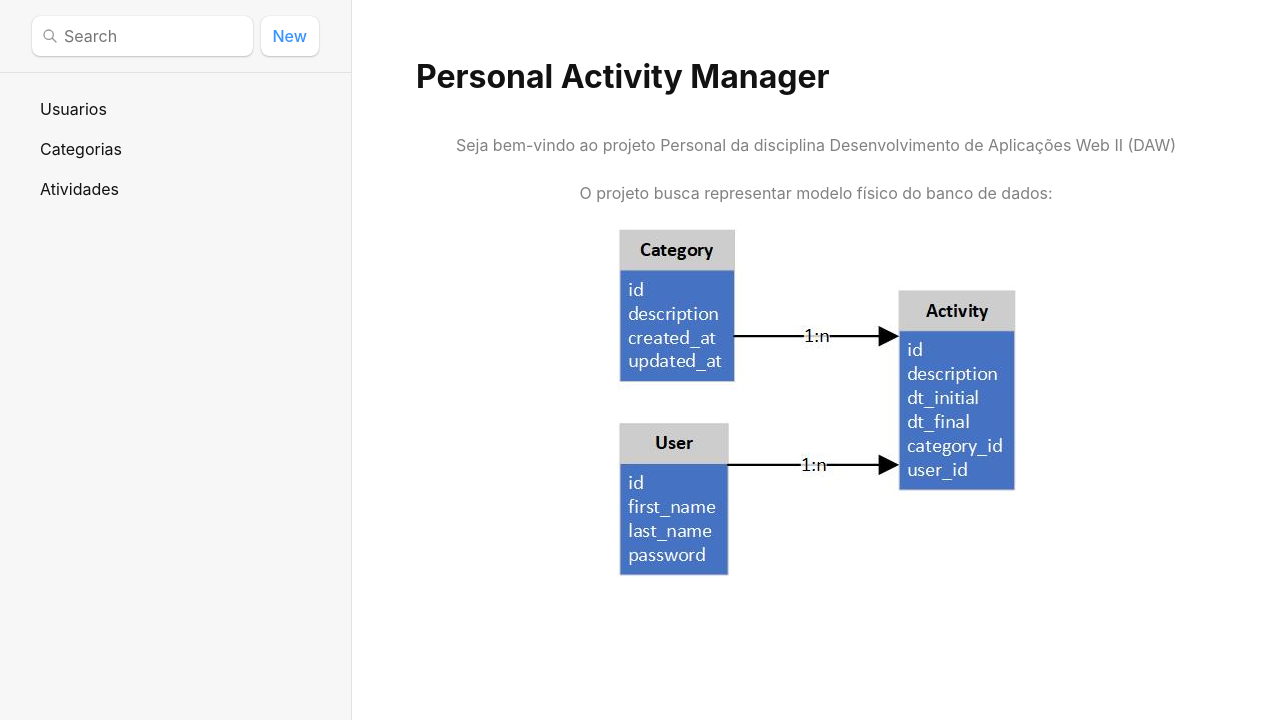
Repository: darccelio/react-pma
Page: /
The author's editor kept a copy of each file at every save. The page is drawn from the files as they stood at one save, then again after the next save.
The browser window is 1280 px wide. The pictures show the whole page.
The project was rebuilt for these pictures with package versions that can differ from the ones it lists, and the page was loaded fresh each time. Also part of the build but not shown: vite.config.js, src/route/error-page.jsx, src/route/activity.jsx, src/services/user-service.js, src/route/user.jsx, src/services/category-service.js, src/route/category.jsx.

Above is the page before, as saved 2024-07-10 20:34:43.

### index.html
<!doctype html>
<html lang="pt-br">
  <head>
    <meta charset="UTF-8" />

    <meta name="viewport" content="width=device-width, initial-scale=1.0" />
    <title>Personal Activity Manager</title>
  </head>
  <body>
    <div id="root"></div>
    <script type="module" src="/src/main.jsx"></script>
  </body>
</html>

### src/main.jsx
import React, { Children } from 'react'
import ReactDOM from 'react-dom/client'

import './index.css'

import { createBrowserRouter, RouterProvider } from 'react-router-dom'
import Root from './route/root'
import ErrorPage from './route/error-page'
// import Contact from './route/contact'
import Index from './route/index'

import ActivityPage from './route/activity'
import User from './route/user'
import Category from './route/category'
import './index.css'

const router = createBrowserRouter([
  {
    path: '/',
    element: <Root />,
    errorElement: <ErrorPage />,
    children: [
      { index: true, element: <Index /> },
      // {
      //   path: 'contacts/:contactId',
      //   element: <Contact />,
      // },
      {
        path: '/activity',
        element: <ActivityPage />,
      },
      {
        path: '/user',
        element: <User />,
      },
      {
        path: '/category',
        element: <Category />,
      },
    ],
  },
])

ReactDOM.createRoot(document.getElementById('root')).render(
  <React.StrictMode>
    <RouterProvider router={router} />
  </React.StrictMode>
)

### src/index.css
html {
  box-sizing: border-box;
}
*,
*:before,
*:after {
  box-sizing: inherit;
}

body {
  font-family: -apple-system, BlinkMacSystemFont, "Segoe UI", "Roboto", "Oxygen",
    "Ubuntu", "Cantarell", "Fira Sans", "Droid Sans", "Helvetica Neue",
    sans-serif;
  -webkit-font-smoothing: antialiased;
  -moz-osx-font-smoothing: grayscale;
}

code {
  font-family: source-code-pro, Menlo, Monaco, Consolas, "Courier New",
    monospace;
}

html,
body {
  height: 100%;
  margin: 0;
  line-height: 1.5;
  color: #121212;
}
textarea,
input,
button {
  font-size: 1rem;
  font-family: inherit;
  border: none;
  border-radius: 8px;
  padding: 0.5rem 0.75rem;
  box-shadow: 0 0px 1px hsla(0, 0%, 0%, 0.2), 0 1px 2px hsla(0, 0%, 0%, 0.2);
  background-color: white;
  line-height: 1.5;
  margin: 0;
}
button {
  color: #3992ff;
  font-weight: 500;
}

textarea:hover,
input:hover,
button:hover {
  box-shadow: 0 0px 1px hsla(0, 0%, 0%, 0.6), 0 1px 2px hsla(0, 0%, 0%, 0.2);
}

button:active {
  box-shadow: 0 0px 1px hsla(0, 0%, 0%, 0.4);
  transform: translateY(1px);
}

#contact h1 {
  display: flex;
  align-items: flex-start;
  gap: 1rem;
}
#contact h1 form {
  display: flex;
  align-items: center;
  margin-top: 0.25rem;
}
#contact h1 form button {
  box-shadow: none;
  font-size: 1.5rem;
  font-weight: 400;
  padding: 0;
}
#contact h1 form button[value="true"] {
  color: #a4a4a4;
}
#contact h1 form button[value="true"]:hover,
#contact h1 form button[value="false"] {
  color: #eeb004;
}

form[action$="destroy"] button {
  color: #f44250;
}

.sr-only {
  position: absolute;
  width: 1px;
  height: 1px;
  padding: 0;
  margin: -1px;
  overflow: hidden;
  clip: rect(0, 0, 0, 0);
  white-space: nowrap;
  border-width: 0;
}

#root {
  display: flex;
  height: 100%;
  width: 100%;
}

#sidebar {
  width: 22rem;
  background-color: #f7f7f7;
  border-right: solid 1px #e3e3e3;
  display: flex;
  flex-direction: column;
}

#sidebar > * {
  padding-left: 2rem;
  padding-right: 2rem;
}

#sidebar h1 {
  font-size: 1rem;
  font-weight: 500;
  display: flex;
  align-items: center;
  margin: 0;
  padding: 1rem 2rem;
  border-top: 1px solid #e3e3e3;
  order: 1;
  line-height: 1;
}

#sidebar h1::before {
  content: url("data:[embedded picture, 1846 characters]");
  margin-right: 0.5rem;
  position: relative;
  top: 1px;
}

#sidebar > div {
  display: flex;
  align-items: center;
  gap: 0.5rem;
  padding-top: 1rem;
  padding-bottom: 1rem;
  border-bottom: 1px solid #e3e3e3;
}

#sidebar > div form {
  position: relative;
}

#sidebar > div form input[type="search"] {
  width: 100%;
  padding-left: 2rem;
  background-image: url("data:[embedded picture, 261 characters]");
  background-repeat: no-repeat;
  background-position: 0.625rem 0.75rem;
  background-size: 1rem;
  position: relative;
}

#sidebar > div form input[type="search"].loading {
  background-image: none;
}

#search-spinner {
  width: 1rem;
  height: 1rem;
  background-image: url("data:[embedded picture, 307 characters]");
  animation: spin 1s infinite linear;
  position: absolute;
  left: 0.625rem;
  top: 0.75rem;
}

@keyframes spin {
  from {
    transform: rotate(0deg);
  }
  to {
    transform: rotate(360deg);
  }
}

#sidebar nav {
  flex: 1;
  overflow: auto;
  padding-top: 1rem;
}

#sidebar nav a span {
  float: right;
  color: #eeb004;
}
#sidebar nav a.active span {
  color: inherit;
}

i {
  color: #818181;
}
#sidebar nav .active i {
  color: inherit;
}

#sidebar ul {
  padding: 0;
  margin: 0;
  list-style: none;
}

#sidebar li {
  margin: 0.25rem 0;
}

#sidebar nav a {
  display: flex;
  align-items: center;
  justify-content: space-between;
  overflow: hidden;

  white-space: pre;
  padding: 0.5rem;
  border-radius: 8px;
  color: inherit;
  text-decoration: none;
  gap: 1rem;
}

#sidebar nav a:hover {
  background: #e3e3e3;
}

#sidebar nav a.active {
  background: hsl(224, 98%, 58%);
  color: white;
}

#sidebar nav a.pending {
  color: hsl(224, 98%, 58%);
}

#detail {
  flex: 1;
  padding: 2rem 4rem;
  width: 100%;
}

#detail.loading {
  opacity: 0.25;
  transition: opacity 200ms;
  transition-delay: 200ms;
}

#contact {
  max-width: 40rem;
  display: flex;
}

#contact h1 {
  font-size: 2rem;
  font-weight: 700;
  margin: 0;
  line-height: 1.2;
}

#contact h1 + p {
  margin: 0;
}

#contact h1 + p + p {
  white-space: break-spaces;
}

#contact h1:focus {
  outline: none;
  color: hsl(224, 98%, 58%);
}

#contact a[href*="twitter"] {
  display: flex;
  font-size: 1.5rem;
  color: #3992ff;
  text-decoration: none;
}
#contact a[href*="twitter"]:hover {
  text-decoration: underline;
}

#contact img {
  width: 12rem;
  height: 12rem;
  background: #c8c8c8;
  margin-right: 2rem;
  border-radius: 1.5rem;
  object-fit: cover;
}

#contact h1 ~ div {
  display: flex;
  gap: 0.5rem;
  margin: 1rem 0;
}

#contact-form {
  display: flex;
  max-width: 40rem;
  flex-direction: column;
  gap: 1rem;
}
#contact-form > p:first-child {
  margin: 0;
  padding: 0;
}
#contact-form > p:first-child > :nth-child(2) {
  margin-right: 1rem;
}
#contact-form > p:first-child,
#contact-form label {
  display: flex;
}
#contact-form p:first-child span,
#contact-form label span {
  width: 8rem;
}
#contact-form p:first-child input,
#contact-form label input,
#contact-form label textarea {
  flex-grow: 2;
}

#contact-form-avatar {
  margin-right: 2rem;
}

#contact-form-avatar img {
  width: 12rem;
  height: 12rem;
  background: hsla(0, 0%, 0%, 0.2);
  border-radius: 1rem;
}

#contact-form-avatar input {
  box-sizing: border-box;
  width: 100%;
}

#contact-form p:last-child {
  display: flex;
  gap: 0.5rem;
  margin: 0 0 0 8rem;
}

#contact-form p:last-child button[type="button"] {
  color: inherit;
}

#zero-state {
  margin: 2rem auto;
  text-align: center;
  color: #818181;
}

#zero-state a {
  color: inherit;
}

#zero-state a:hover {
  color: #121212;
}

#zero-state:before {
  display: block;
  margin-bottom: 1rem;
}

#error-page {
  display: flex;
  flex-direction: column;
  align-items: center;
  justify-content: center;
  width: 100%;
}

### src/route/root.jsx
import { NavLink, Outlet } from 'react-router-dom'
import '../../src/index.css'

export default function Root() {
  return (
    <>
      <div id="sidebar">
        {/* <h1>React Router Contacts</h1> */}
        <div>
          <form id="search-form" role="search">
            <input
              id="q"
              aria-label="Search contacts"
              placeholder="Search"
              type="search"
              name="q"
            />
            <div id="search-spinner" aria-hidden hidden={true} />
            <div className="sr-only" aria-live="polite"></div>
          </form>
          <form method="post">
            <button type="submit">New</button>
          </form>
        </div>

        <nav>
          <NavLink
            to={`/user`}
            className={({ isActive, isPending }) =>
              isActive ? 'active' : isPending ? 'pending' : ''
            }
          >
            Usuarios
          </NavLink>
          <NavLink
            to={`/category`}
            className={({ isActive, isPending }) =>
              isActive ? 'active' : isPending ? 'pending' : ''
            }
          >
            Categorias
          </NavLink>
          <NavLink
            to={`/activity`}
            className={({ isActive, isPending }) =>
              isActive ? 'active' : isPending ? 'pending' : ''
            }
          >
            Atividades
          </NavLink>
        </nav>
      </div>
      <div id="detail">
        <Outlet />
      </div>
    </>
  )
}

### src/route/index.jsx

export default function Index() {
  return (
    <div>
      <h1>Personal Activity Manager</h1>
       <p id="zero-state">
        Seja bem-vindo ao projeto Personal da disciplina Desenvolvimento de
        Aplicações Web II (DAW)
        <br />
        <br />
        O projeto busca representar modelo físico do banco de dados:
        <br />
        <br />

          <img
            src="/database-model.jpg"
            alt="modelo físico do banco de dados"
          />

      </p>
    </div>
  )
}

After the next save:
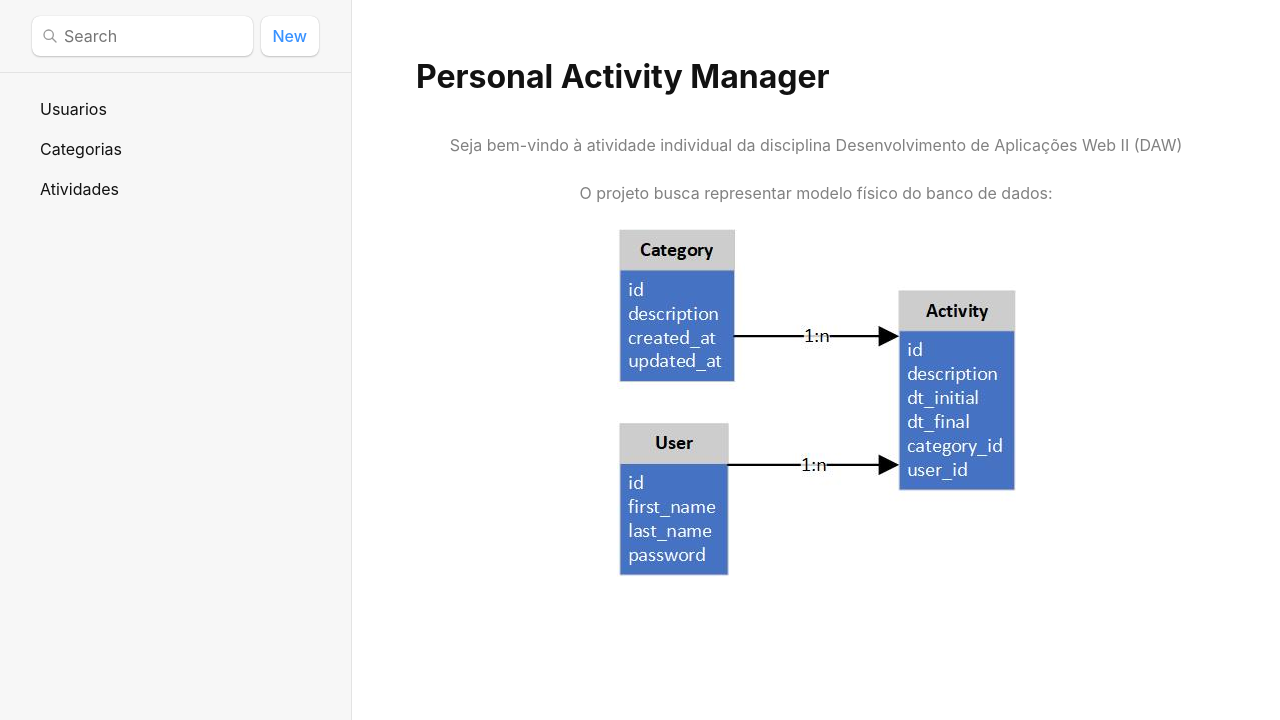
Saved 30 s later.
--- a/src/route/index.jsx
+++ b/src/route/index.jsx
@@ -4,7 +4,7 @@
     <div>
       <h1>Personal Activity Manager</h1>
        <p id="zero-state">
-        Seja bem-vindo ao projeto Personal da disciplina Desenvolvimento de
+        Seja bem-vindo à atividade individual da disciplina Desenvolvimento de
         Aplicações Web II (DAW)
         <br />
         <br />
